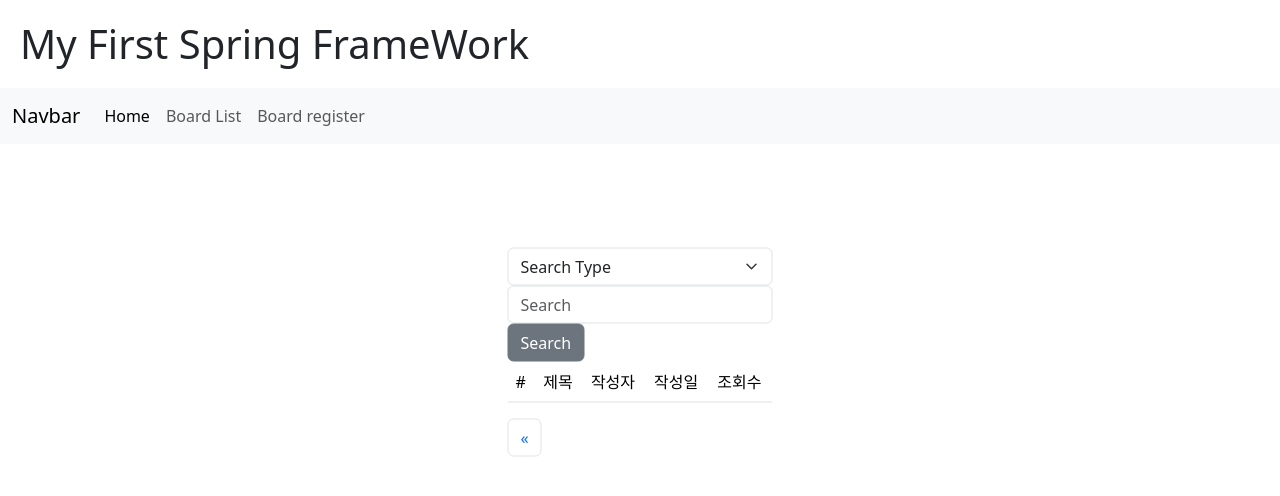
Repository: Leesunghoon1/springh
Page: http://localhost/springProject/WEB-INF/views/board/list.jsp
The author's editor kept a copy of each file at every save. The page is drawn from the files as they stood at one save, then again after the next save.
The browser window is 1280 px wide. The pictures show the whole page.
The page is served by Tomcat 9. Nobody is signed in. Other server files are loaded and not shown. The template is opened directly, without the code that normally fills it, so the values that code supplies are empty.

Above is the page before, as saved 2023-11-02 10:18:28.

### springProject/src/main/webapp/WEB-INF/views/board/list.jsp
<%@ page language="java" contentType="text/html; charset=UTF-8"
	pageEncoding="UTF-8"%>
<%@ taglib uri="http://java.sun.com/jsp/jstl/core" prefix="c"%>
<!DOCTYPE html>
<html>
<head>
<meta charset="UTF-8">
<title>Insert title here</title>
</head>
<body>
	<jsp:include page="../common/header.jsp" />
	<jsp:include page="../common/nav.jsp" />



	<div class="position-absolute top-50 start-50 translate-middle">
		<form action="/board/list">
			<div class="search-box">
				<!-- 검색영역 -->
				<div>
					<c:set value="${ph.pgvo.type }" var="typed" />
					<select class="form-select" aria-label="Default select example"
						name="type">
						<option ${empty typed ? 'selected' : ''}>Search Type</option>
						<option value="t" ${typed eq 't' ? 'selected' : ''}>Title</option>
						<option value="w" ${typed eq 'w' ? 'selected' : ''}>Writer</option>
						<option value="c" ${typed eq 'c' ? 'selected' : ''}>Content</option>
						<option value="tw" ${typed eq 'tw' ? 'selected' : ''}>Title+Writer</option>
						<option value="tc" ${typed eq 'tc' ? 'selected' : ''}>Title+Content</option>
						<option value="cw" ${typed eq 'cw' ? 'selected' : ''}>Content+Writer</option>
						<option value="twc" ${typed eq 'twc' ? 'selected' : ''}>All</option>
					</select>
				</div>
				<div>
					<input name="keyword" value="${ph.pgvo.keyword}"
						class="form-control me-2" type="search" placeholder="Search"
						aria-label="Search"> <input type="hidden" name="pageNo"
						value="1">
					<!-- type 검색시 첫 페이지 화면으로 띄우기 -->
					<input type="hidden" name="qty" value="${ph.pgvo.qty}">
				</div>
				<div>
					<button
						class="btn btn-primary position-relative btn-outline-secondary text-bg-secondary"
						type="submit">
						Search <span
							class="position-absolute top-0 start-100 translate-middle badge rounded-pill text-bg-Light">
							${ph.totalCount} <span class="visually-hidden">unread
								messages</span>
						</span>
					</button>
				</div>
			</div>
		</form>

		<table class="table table=hover">
		<tr>
			<td>#</td>
			<td>제목</td>
			<td>작성자</td>
			<td>작성일</td>
			<td>조회수</td>
		</tr>

		<c:forEach items="${list }" var="bvo">
			<tr>
				<td>${bvo.bno }</td>
				<td><a href="/board/detail?bno=${bvo.bno }">${bvo.title }</a></td>
				<td>${bvo.writer }</td>
				<td>${bvo.modAt }</td>
				<td>${bvo.readCount }</td>

			</tr>
		</c:forEach>
	</tablE>
		<div>
		<nav aria-label="Page navigation example">
		<ul class="pagination">
		<!-- prev -->
		<li class="page-item ${(ph.prev eq false) ? 'disabled' : ''}" >
				      <a class="page-link" href="/board/list?pageNo=${ph.startPage - 1}&qty=${ph.pageQty}&type=${ph.pgvo.type}&keyword=${ph.pgvo.keyword}" aria-label="Previous">
				        <span aria-hidden="true">&laquo;</span>
				      </a>
				    </li>



		</li>
		</ul>


		</nav>

		</div>



	</div>









































	<jsp:include page="../common/footer.jsp" />
</body>
</html>

### springProject/src/main/webapp/WEB-INF/views/common/header.jsp
<%@ page language="java" contentType="text/html; charset=UTF-8"
    pageEncoding="UTF-8"%>
    <%@ taglib uri="http://java.sun.com/jsp/jstl/core" prefix="c"%>
<!DOCTYPE html>
<html>
<head>
<meta charset="UTF-8">
<title>Insert title here</title>
<link href="https://cdn.jsdelivr.net/npm/bootstrap@5.3.1/dist/css/bootstrap.min.css" rel="stylesheet" integrity="sha384-4bw+/aepP/YC94hEpVNVgiZdgIC5+VKNBQNGCHeKRQN+PtmoHDEXuppvnDJzQIu9" crossorigin="anonymous">
<script src="https://cdn.jsdelivr.net/npm/bootstrap@5.3.1/dist/js/bootstrap.bundle.min.js" integrity="sha384-HwwvtgBNo3bZJJLYd8oVXjrBZt8cqVSpeBNS5n7C8IVInixGAoxmnlMuBnhbgrkm" crossorigin="anonymous"></script>
<style type="text/css">

h1, p {
	margin: 20px
}

</style>
</head>
<body>
<h1>My First Spring FrameWork</h1>
</body>
</html>

### springProject/src/main/webapp/WEB-INF/views/common/nav.jsp
<%@ page language="java" contentType="text/html; charset=UTF-8"
    pageEncoding="UTF-8"%>
    <%@ taglib uri="http://java.sun.com/jsp/jstl/core" prefix="c"%>
<!DOCTYPE html>
<html>
<head>
<meta charset="UTF-8">
<title>Insert title here</title>
</head>
<body>
<header>

<nav class="navbar navbar-expand-lg bg-body-tertiary">
  <div class="container-fluid">
    <a class="navbar-brand" href="#">Navbar</a>

    <button class="navbar-toggler" type="button" data-bs-toggle="collapse" data-bs-target="#navbarSupportedContent" aria-controls="navbarSupportedContent" aria-expanded="false" aria-label="Toggle navigation">
      <span class="navbar-toggler-icon"></span>
    </button>

    <div class="collapse navbar-collapse" id="navbarSupportedContent">
      <ul class="navbar-nav me-auto mb-2 mb-lg-0">

        <li class="nav-item">
          <a class="nav-link active" aria-current="page" href="/">Home</a>
        </li>

        <li class="nav-item">
          <a class="nav-link" href="/board/list">Board List</a>
        </li>

        <li class="nav-item">
          <a class="nav-link" href="/board/register">Board register</a>
        </li>
    </ul>
    </div>
  </div>
</nav>



</header>
</body>
</html>

Loaded but not shown: springProject/src/main/webapp/WEB-INF/views/common/footer.jsp (common file)

After the next save:
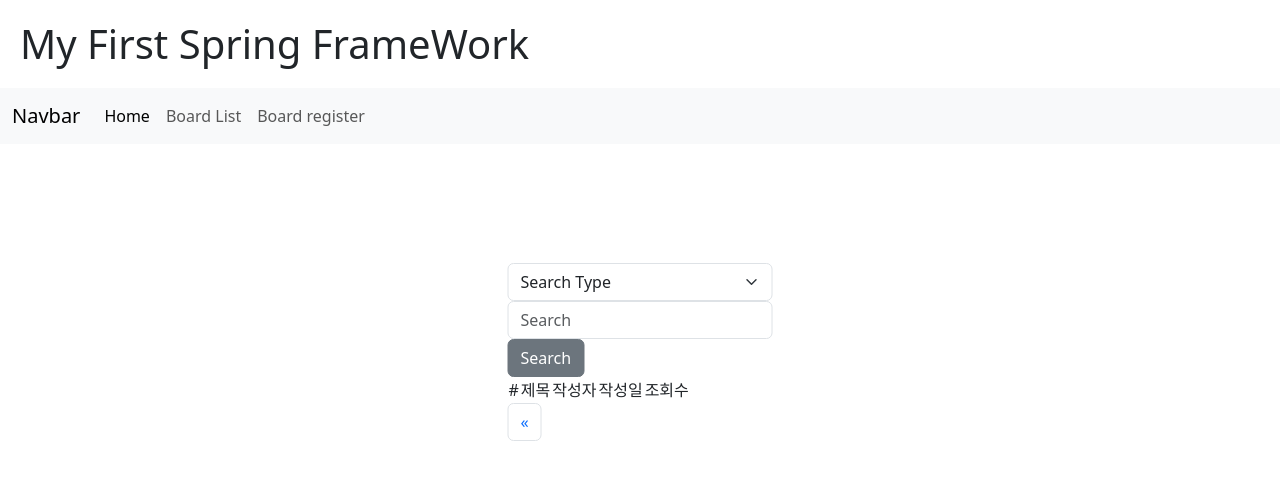
Saved 25 s later.
--- a/springProject/src/main/webapp/WEB-INF/views/board/list.jsp
+++ b/springProject/src/main/webapp/WEB-INF/views/board/list.jsp
@@ -53,7 +53,7 @@
 			</div>
 		</form>
 
-		<table class="table table=hover">
+		<table>
 		<tr>
 			<td>#</td>
 			<td>제목</td>
